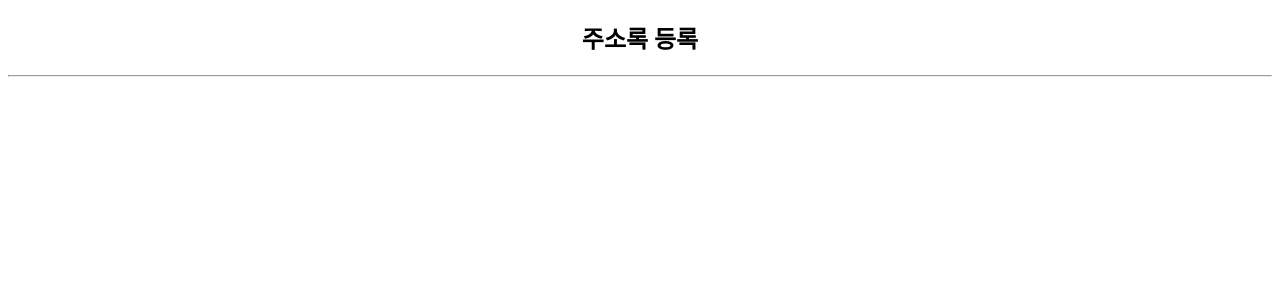
Repository: nijooymik/smartfactory
Page: http://localhost/t0721/login/addr_form.jsp
These files come from the project's save history. The page is drawn as it stood at one moment and after the next save; the edit follows.
The browser window is 1280 px wide. The pictures show the whole page.
The page is served by Tomcat 9.

Above is the page before, as saved 2022-07-21 07:10:58.

After the next save:
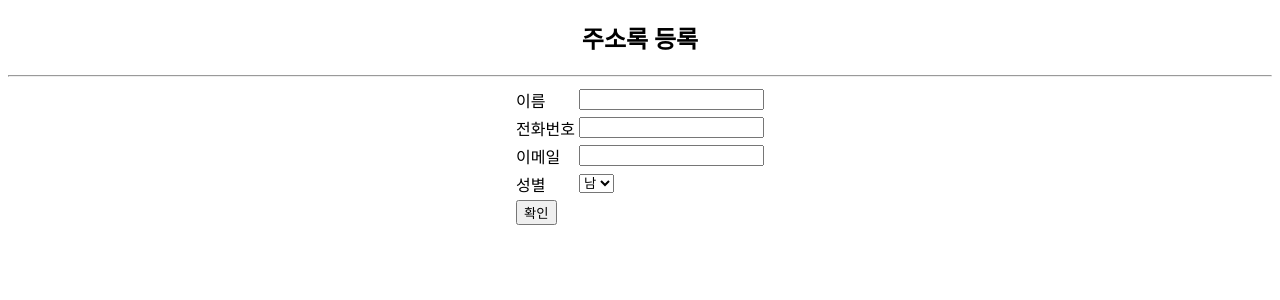
Saved 4 min 10 s later.
--- a/jsp/t0721/src/main/webapp/login/addr_form.jsp
+++ b/jsp/t0721/src/main/webapp/login/addr_form.jsp
@@ -15,7 +15,28 @@ request.setCharacterEncoding("euc-kr");
 		<hr>
 		<form action="addr_add.jsp" method="post" name="form1">
 			<table>
-
+				<tr>
+					<td>이름</td>
+					<td><input type="text" name="username"></td>
+				</tr>
+				<tr>
+					<td>전화번호</td>
+					<td><input type="text" name="tel"></td>
+				</tr>
+				<tr>
+					<td>이메일</td>
+					<td><input type="text" name="email"></td>
+				</tr>
+				<tr>
+					<td>성별</td>
+					<td><select name=gender>
+							<option>남</option>
+							<option>여</option>
+					</select></td>
+				</tr>
+				<tr>
+					<td colspan=2><input type="submit" value="확인"></td>
+				</tr>
 			</table>
 		</form>
 	</div>
